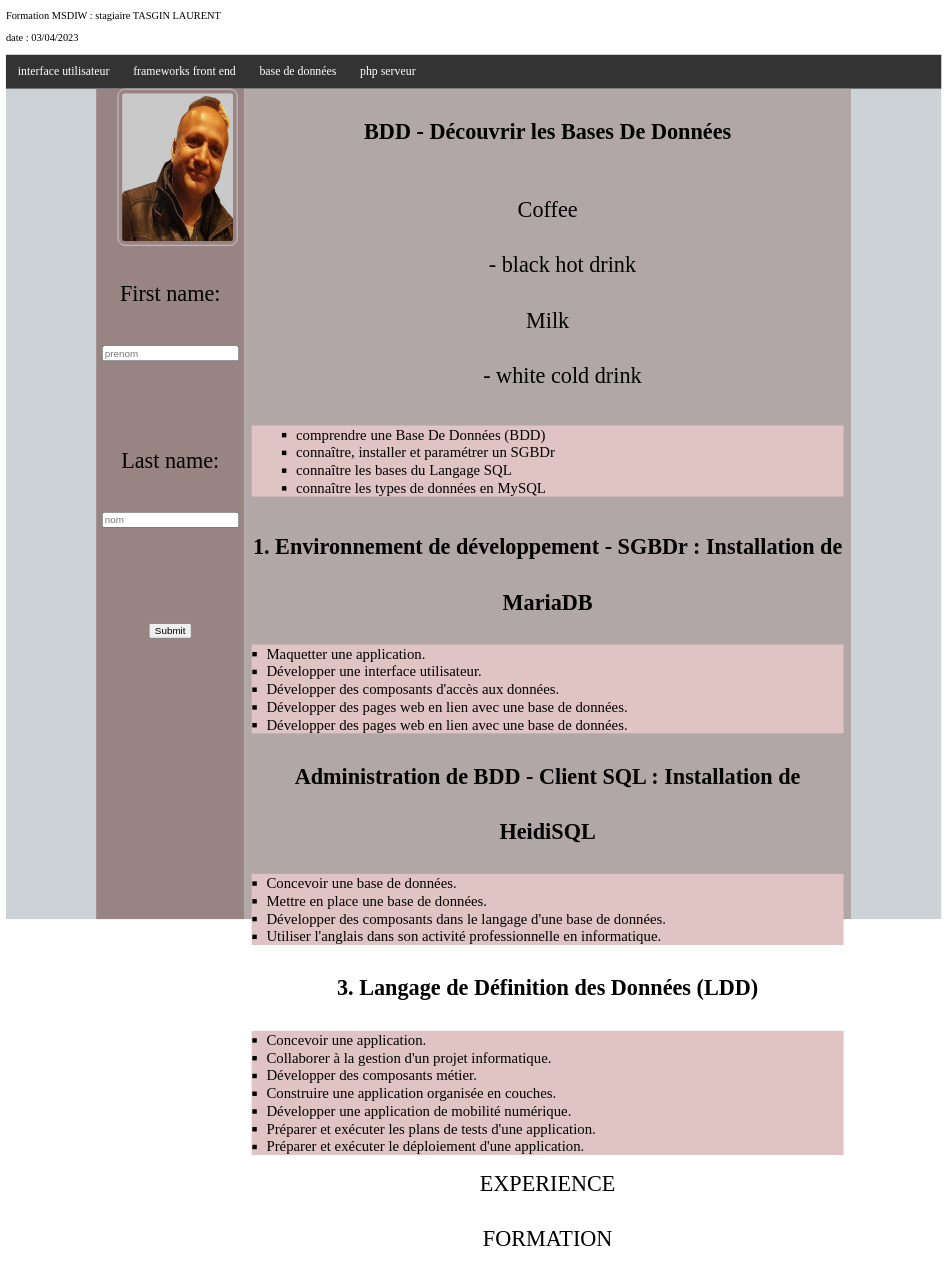
Repository: laurentbul/ApplicationEssai
Page: exercice/ex1/stagiaire_laurent/BACK/BDD/SQL/bdd1_alimenter.html
An editor plug-in stored every save of this project. The page is shown before and after the next save, followed by the edit.
The browser window is 1280 px wide. The pictures show the whole page, at 74% of full size.

Above is the page before, as saved 2023-04-06 06:04:33.

### exercice/ex1/stagiaire_laurent/BACK/BDD/SQL/bdd1_alimenter.html
<!DOCTYPE html>
<html lang="en">

<head>
  <meta charset="UTF-8">
  <meta http-equiv="X-UA-Compatible" content="IE=edge">
  <meta name="viewport" content="width=device-width, initial-scale=1.0">
  <link rel="icon" type="image/x-icon" sizes="30x30" href="../IMG/img.jpeg">
  <link rel="stylesheet" href="/FRONT/STATIQUE/CSS/msdiw.css">
  <title>Document</title>
  <style>
  </style>
</head>
</head>

<body>
  <p>Formation MSDIW : stagiaire TASGIN LAURENT</p>
  <p>date : 03/04/2023</p>
  <ul>
    <li><a href="./interface_utilisateur.html">interface utilisateur</a></li>
    <li><a href="./interface_utilisateur.html">frameworks front end</a></li>
    <li><a href="./interface_utilisateur.html">base de données</a></li>
    <li><a href="./interface_utilisateur.html">php serveur</a></li>
  </ul>
  <!-- <div>
        <input type="color" id="head" name="head" value="blue">
        <label for="head">Head</label>
    </div> -->
  <div class="flex-container">
    <div class="div_gauche">
      <img src="../IMG/img.jpeg" alt="photo d'identité" width="200" height="200">
      <form action="/action_page.php">
        <label for="fname">First name:</label>
        <input type="text" id="fname" name="fname" placeholder="prenom"><br><br>
        <label for="lname">Last name:</label>
        <input type="text" id="lname" name="lname" placeholder="nom"><br><br>
        <input type="submit" value="Submit">
      </form>
    </div>
    <div class="div_droite">
      <div>

        <h1>BDD - Découvrir les Bases De Données</h1>

        <dl>
            <dt>Coffee</dt>
            <dd>- black hot drink</dd>
            <dt>Milk</dt>
            <dd>- white cold drink</dd>
          </dl>

        <ol class="paragraphe">
            <li class="competence" >comprendre une Base De Données (BDD)</li>
            <li class="competence" >connaître, installer et paramétrer un SGBDr</li>
            <li class="competence" >connaître les bases du Langage  SQL</li>
            <li class="competence" >connaître les types de données  en MySQL</li>
        </ol>



        <h1 class="titre">1. Environnement de développement - SGBDr : Installation de MariaDB</h1>
        <ul class="paragraphe" >
          <li class="competence"> Maquetter une application.</li>
          <li class="competence"> Développer une interface utilisateur.</li>
          <li class="competence"> Développer des composants d'accès aux données.</li>
          <li class="competence"> Développer des pages web en lien avec une base de données.</li>
          <li class="competence"> Développer des pages web en lien avec une base de données.</li>
        </ul>
        <h1 class="titre">Administration de BDD - Client SQL : Installation de HeidiSQL</h1>
        <ul class="paragraphe" >
          <li class="competence">Concevoir une base de données.</li>
          <li class="competence">Mettre en place une base de données.</li>
          <li class="competence">Développer des composants dans le langage d'une base de données.</li>
          <li class="competence"> Utiliser l'anglais dans son activité professionnelle en informatique.</li>
        </ul>
        <h1 class="titre">3. Langage de Définition des Données (LDD)</h1>
        <ul class="paragraphe">
          <li class="competence"> Concevoir une application.</li>
          <li class="competence"> Collaborer à la gestion d'un projet informatique.</li>
          <li class="competence"> Développer des composants métier.</li>
          <li class="competence"> Construire une application organisée en couches.</li>
          <li class="competence"> Développer une application de mobilité numérique.</li>
          <li class="competence"> Préparer et exécuter les plans de tests d'une application.</li>
          <li class="competence"> Préparer et exécuter le déploiement d'une application.</li>
        </ul>
      </div>
      <div>EXPERIENCE</div>
      <div>FORMATION</div>
    </div>
</body>

</html>

### exercice/ex1/stagiaire_laurent/FRONT/STATIQUE/CSS/msdiw.css
.corps{
    background-color: rgb(201, 149, 71);
    width:900px;
    border: 1px;
  margin-top: 10px;
  margin-left: auto;
  margin-right: auto;
  padding:50px;
}
.paragraphe{
    background-color: #e0c4c4;
    line-height:80%;
    list-style-type:square;
}
.competence{
    font-size: 20px;
    margin-left: 20px;
    float:none;
    text-align:left;
}


h1 {
    font-size: 30px;
  }

  h2 {
    font-size: 30px;
  }

  p {
    font-size: 14px;
  }

.flex-container {
    display: flex;
    flex-direction: row;
    background-color: rgb(205, 210, 214);
  }

  .flex-container > div {

    text-align: center;
    line-height: 75px;
    font-size: 30px;
  }

  .div_gauche{
    background-color: #998484;
    width: 200px;
    margin-left: auto;
    height: 1122px; ;
  }
  .div_droite{
    background-color: #b1a7a7;
    width: 800px;
    height: 1122px;
    margin-right: auto;
    padding-left: 10px;
    padding-right: 10px;
  }

ul {
    list-style-type: none;
    margin: 0;
    padding: 0;
    overflow: hidden;
    background-color: #333;
}

li {
    float: left;
}

li a {
    display: block;
    color: white;
    text-align: center;
    padding: 14px 16px;
    text-decoration: none;
}

li a:hover {
    background-color: #111;
}

.meta{
    /* background-color: rgb(168, 161, 166); */
    width: 900px;
}
.title{
    /* background-color: rgb(221, 219, 214); */
    width: 600px;
}
.utf8{
    /* background-color: rgb(198, 204, 207); */
    width: 600px;
}
.image{
    /* background-color: rgb(198, 204, 207); */
    width: 600px;
}
.css{
    /* background-color: rgb(198, 204, 207); */
    width: 600px;
}
img {
    border: 1px solid #ddd;
    border-radius: 10px;
    padding: 5px;
    width: 150px;
    margin-left: 20px;

  }

After the next save:
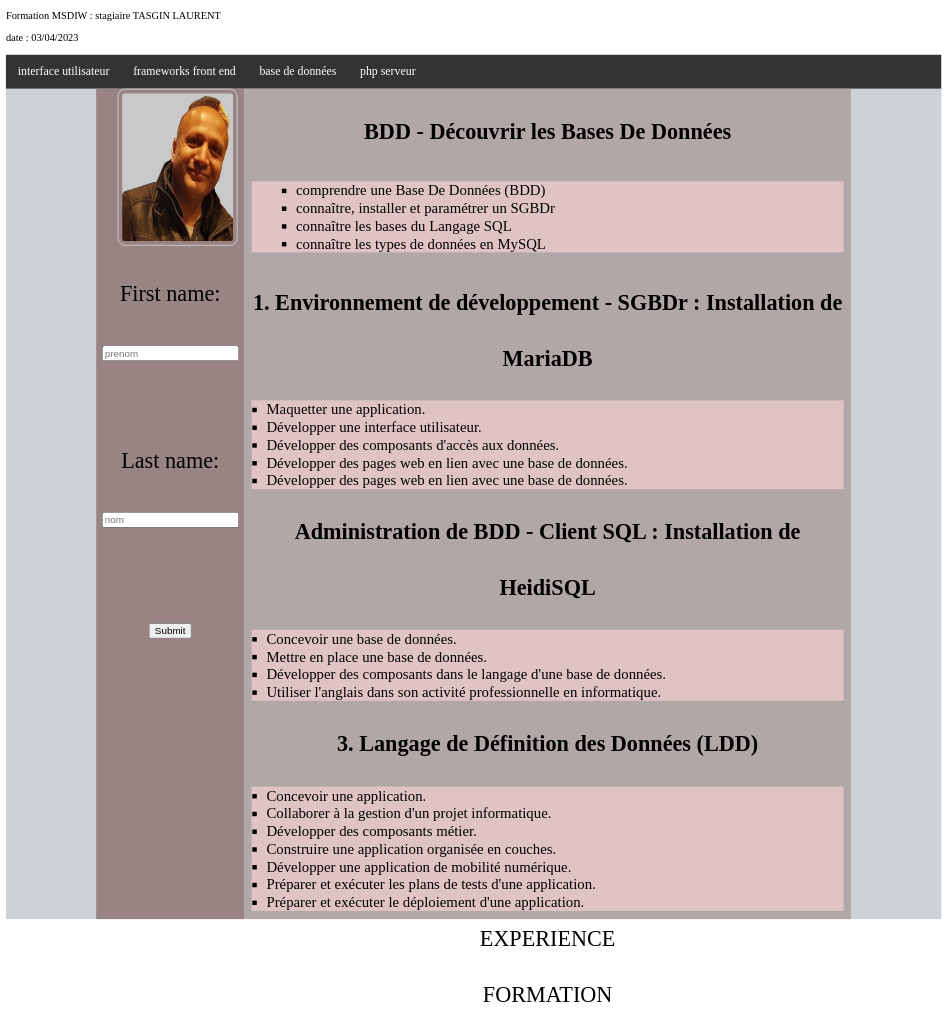
Saved 8 s later.
--- a/exercice/ex1/stagiaire_laurent/BACK/BDD/SQL/bdd1_alimenter.html
+++ b/exercice/ex1/stagiaire_laurent/BACK/BDD/SQL/bdd1_alimenter.html
@@ -42,13 +42,6 @@
 
         <h1>BDD - Découvrir les Bases De Données</h1>
 
-        <dl>
-            <dt>Coffee</dt>
-            <dd>- black hot drink</dd>
-            <dt>Milk</dt>
-            <dd>- white cold drink</dd>
-          </dl>
-
         <ol class="paragraphe">
             <li class="competence" >comprendre une Base De Données (BDD)</li>
             <li class="competence" >connaître, installer et paramétrer un SGBDr</li>

After the save that followed:
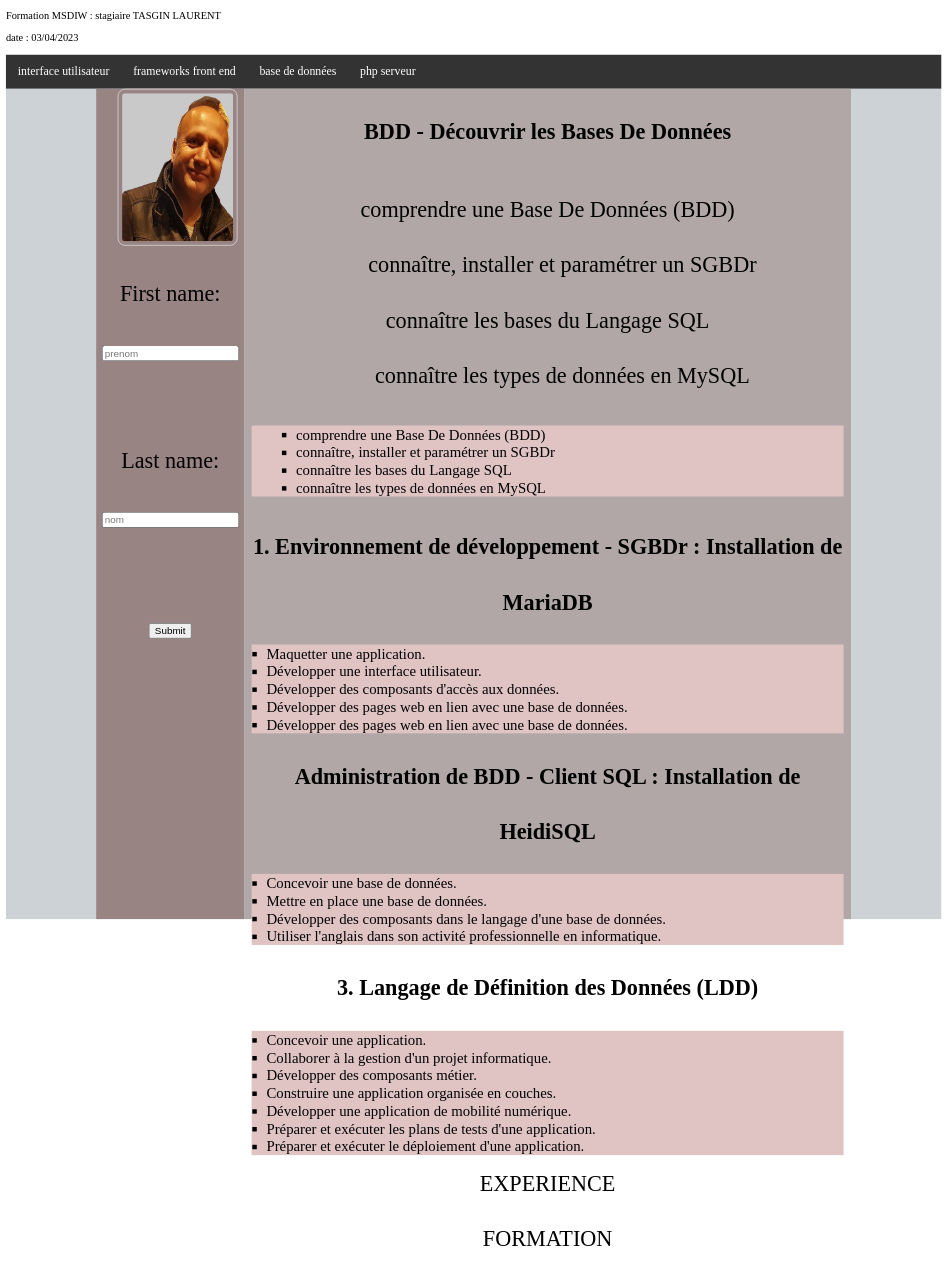
Saved 5 min 10 s later.
--- a/exercice/ex1/stagiaire_laurent/BACK/BDD/SQL/bdd1_alimenter.html
+++ b/exercice/ex1/stagiaire_laurent/BACK/BDD/SQL/bdd1_alimenter.html
@@ -42,6 +42,13 @@
 
         <h1>BDD - Découvrir les Bases De Données</h1>
 
+        <dl>
+            <dt>comprendre une Base De Données (BDD)</dt>
+            <dd>connaître, installer et paramétrer un SGBDr</dd>
+            <dt>connaître les bases du Langage  SQL</dt>
+            <dd>connaître les types de données  en MySQL</dd>
+        </dl>
+
         <ol class="paragraphe">
             <li class="competence" >comprendre une Base De Données (BDD)</li>
             <li class="competence" >connaître, installer et paramétrer un SGBDr</li>
